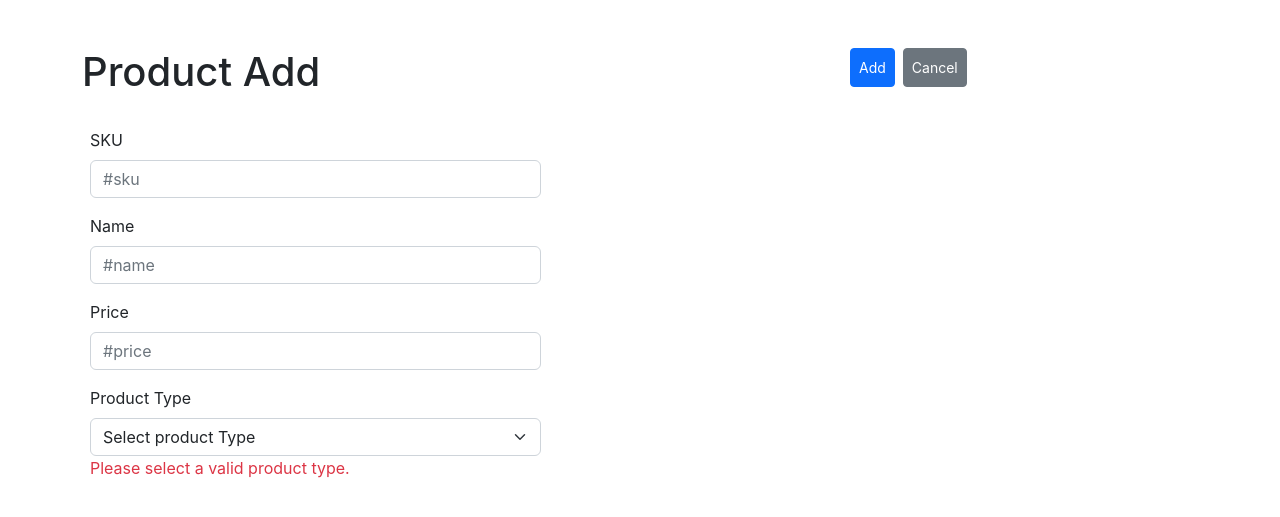
Repository: MagdyAbouelnasr/scandiweb_project
Page: /addproduct
The author's editor kept a copy of each file at every save. The page is drawn from the files as they stood at one save, then again after the next save.
The browser window is 1280 px wide. The pictures show the whole page.
The project was rebuilt for these pictures with package versions that can differ from the ones it lists, and the page was loaded fresh each time. Also part of the build but not shown: src/App.css, src/components/Product/Product-style.scss, src/components/Product/Product.css, src/components/Pages/ProductList.jsx, src/components/ProductAdd/Book.component.jsx, src/components/ProductAdd/DVD.component.jsx, src/components/ProductAdd/Furniture.component.jsx, src/App.jsx.

Above is the page before, as saved 2023-05-09 01:15:35.

After the next save:
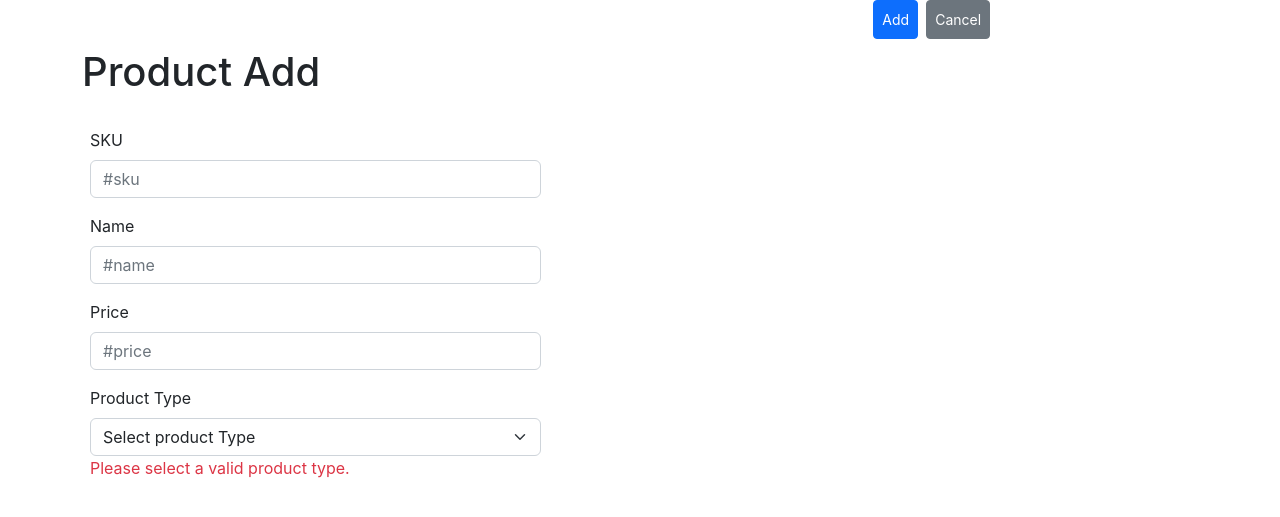
Saved 83 s later.
--- a/src/components/Pages/ProductAdd.jsx
+++ b/src/components/Pages/ProductAdd.jsx
@@ -127,7 +127,7 @@ function ProductAdd() {
       <div className="container  mt-5">
         <div className="row">
           <h1 className="page-header text-header col-md-8 text-start ">Product Add</h1>
-          <div className="col-4 float-end ">
+          <div className="col-4 float-end position-absolute top-0 end-0">
             <Button type="submit" className="p-2 ms-2" variant="primary" size="sm">
               Add
             </Button>
